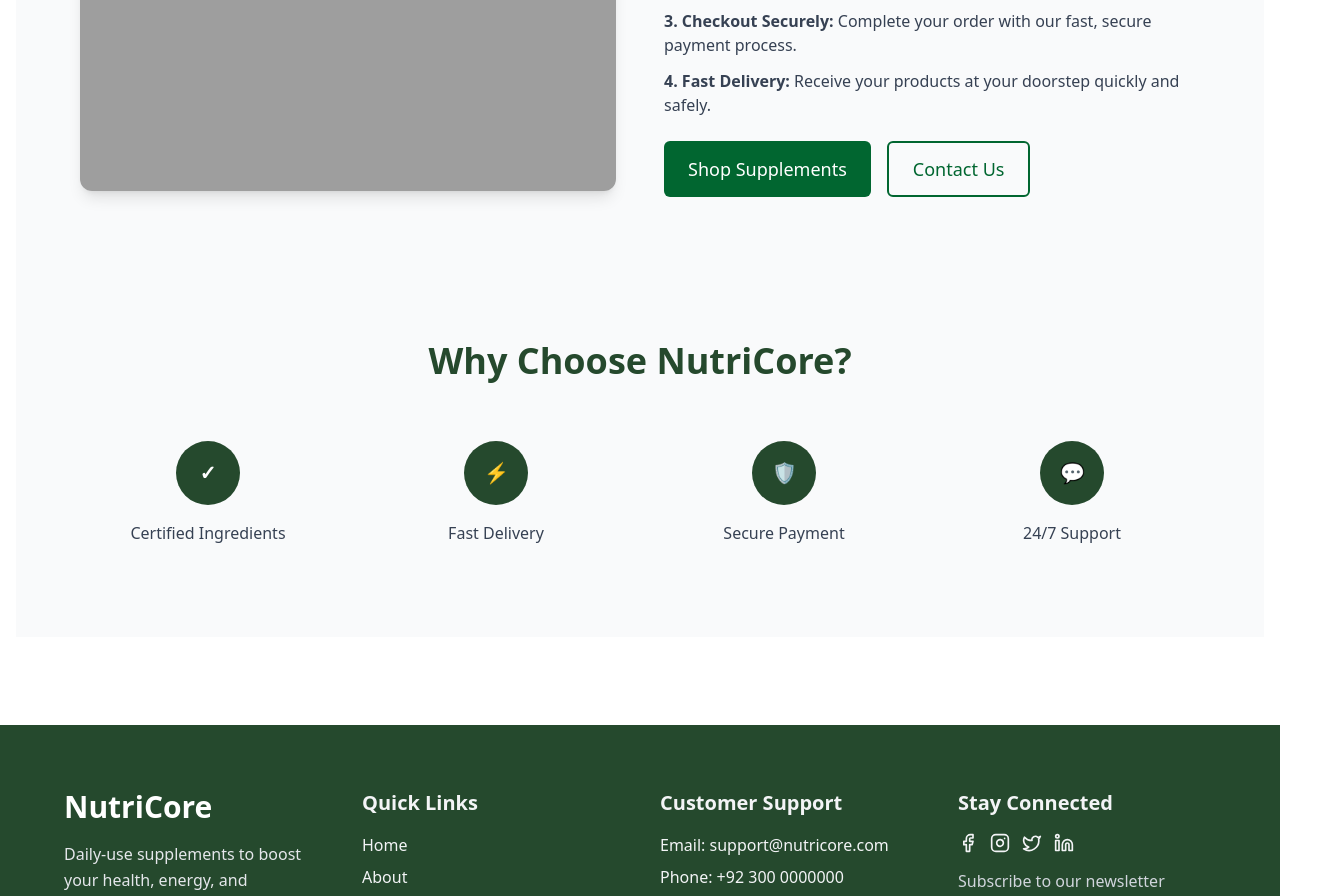
Repository: A-Nawaz512/NutriCore
Page: /about (app in frontend/)
These files come from the project's save history. The page is drawn as it stood at one moment and after the next save; the edit follows.
The browser window is 1280 px wide. The page is 1326 px wide, so the pictures cover 1326 px, including what lies to the right of the window. The pictures show the part of the page from y = 1143 to 2039 px (the page is 2261 px tall).
Pictures or frames that could not be fetched are drawn as grey boxes. The project was rebuilt for these pictures with package versions that can differ from the ones it lists, and the page was loaded fresh each time. Also part of the build but not shown: frontend/vite.config.ts.

Above is the page before, as saved 2026-02-18 16:13:07.

After the next save:
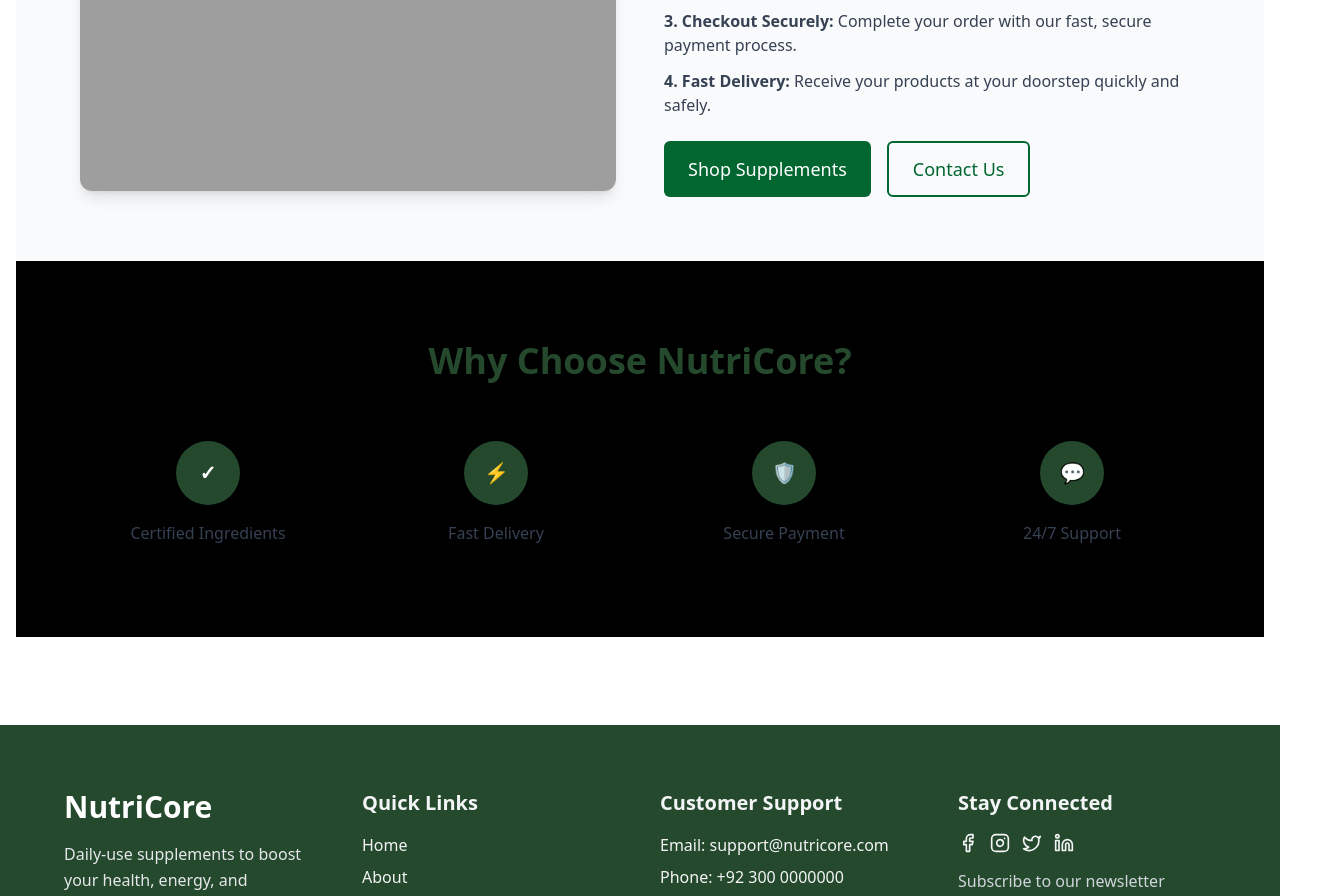
Saved 8 s later.
--- a/frontend/src/features/about/components/FeaturesSection.tsx
+++ b/frontend/src/features/about/components/FeaturesSection.tsx
@@ -1,7 +1,7 @@
 import { FC } from "react"
 
 const FeaturesSection: FC = () => (
-  <section className="py-5 sm:py-20 bg-gray-50 bg-black">
+  <section className="py-5 sm:py-20 bg-black">
     <div className="container mx-auto px-4 sm:px-6 md:px-16 text-center">
       <h2 className="text-2xl sm:text-3xl md:text-4xl font-bold text-[#25492D] mb-12">
         Why Choose NutriCore?
